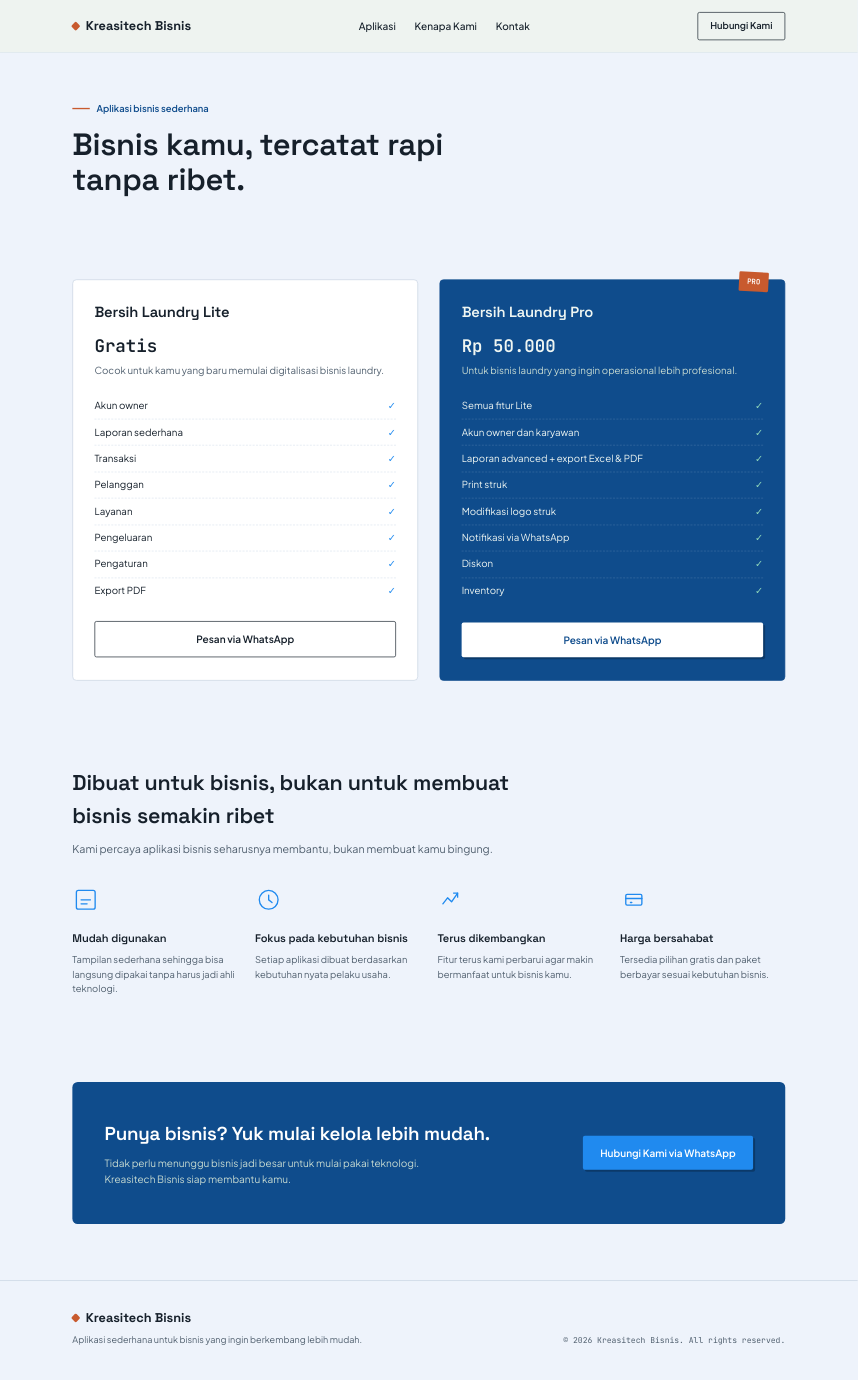
Repository: joao880hbhb/kreasitech
Page: produk/bersih-laundry.html
An editor plug-in stored every save of this project. The page is shown before and after the next save, followed by the edit.
The browser window is 1280 px wide. The pictures show the whole page, at 67% of full size.

Above is the page before, as saved 2026-09-14 21:34:25.

### produk/bersih-laundry.html
<!DOCTYPE html>
<html lang="id">
<head>
<meta charset="UTF-8">
<meta name="viewport" content="width=device-width, initial-scale=1.0">
<title>Kreasitech Bisnis — Membantu Bisnis Kamu</title>
<link rel="preconnect" href="https://fonts.googleapis.com">
<link rel="preconnect" href="https://fonts.gstatic.com" crossorigin>
<link href="https://fonts.googleapis.com/css2?family=Space+Grotesk:wght@500;600;700&family=Plus+Jakarta+Sans:wght@400;500;600;700&family=JetBrains+Mono:wght@400;500;600&display=swap" rel="stylesheet">
<style>
  :root{
    --paper:#EEF3FB;
    --paper-alt:#FFFFFF;
    --ink:#16202B;
    --ink-soft:#51606F;
    --pine:#208AEF;
    --pine-dark:#0F4C8C;
    --rust:#C85A2E;
    --line:#C6D3E1;
    --line-soft:#DCE5EF;
  }
  *{box-sizing:border-box; margin:0; padding:0;}
  html{scroll-behavior:smooth;}
  body{
    background:var(--paper);
    color:var(--ink);
    font-family:'Plus Jakarta Sans', sans-serif;
    line-height:1.55;
    -webkit-font-smoothing:antialiased;
  }
  img{max-width:100%; display:block;}
  a{color:inherit; text-decoration:none;}
  .wrap{max-width:1120px; margin:0 auto; padding:0 28px;}
  h1,h2,h3{font-family:'Space Grotesk', sans-serif; font-weight:600; letter-spacing:-0.01em;}
  .mono{font-family:'JetBrains Mono', monospace;}

  /* perforated divider — like a torn receipt edge */
  .tear{
    height:22px;
    width:100%;
    background:
      radial-gradient(circle at 11px 0, transparent 11px, var(--paper) 11.5px) repeat-x;
    background-size:22px 22px;
    background-position:0 -11px;
  }
  .tear.into-alt{ background-image:radial-gradient(circle at 11px 0, transparent 11px, var(--paper-alt) 11.5px);}
  .tear.into-paper{ background-image:radial-gradient(circle at 11px 0, transparent 11px, var(--paper) 11.5px);}
  .tear.into-dark{ background-image:radial-gradient(circle at 11px 0, transparent 11px, var(--pine-dark) 11.5px);}

  /* NAV */
  header{
    position:sticky; top:0; z-index:50;
    background:rgba(238,243,239,0.9);
    backdrop-filter:blur(8px);
    border-bottom:1px solid var(--line-soft);
  }
  nav{
    display:flex; align-items:center; justify-content:space-between;
    padding:18px 28px; max-width:1120px; margin:0 auto;
  }
  .brand{display:flex; align-items:center; gap:10px; font-family:'Space Grotesk'; font-weight:700; font-size:19px;}
  .brand .dot{width:10px; height:10px; border-radius:2px; background:var(--rust); transform:rotate(45deg);}
  .navlinks{display:flex; gap:28px; font-size:15px; font-weight:500;}
  .navlinks a:hover{color:var(--pine);}
  .btn-ghost{border:1.5px solid var(--ink); padding:9px 18px; border-radius:3px; font-weight:600; font-size:14px;}
  .btn-ghost:hover{background:var(--ink); color:var(--paper);}
  @media (max-width:720px){ .navlinks{display:none;} }

  /* HERO */
  .hero{padding:72px 0 40px;}
  .hero-grid{display:grid; grid-template-columns:1.1fr 0.9fr; gap:56px; align-items:center;}
  @media (max-width:860px){ .hero-grid{grid-template-columns:1fr;} }
  .eyebrow-line{display:flex; align-items:center; gap:10px; font-size:14px; color:var(--pine-dark); font-weight:600; margin-bottom:18px;}
  .eyebrow-line::before{content:""; width:26px; height:2px; background:var(--rust);}
  .hero h1{font-size:46px; line-height:1.12; margin-bottom:20px;}
  @media (max-width:520px){ .hero h1{font-size:34px;} }
  .hero p.lead{font-size:18px; color:var(--ink-soft); max-width:46ch; margin-bottom:30px;}
  .hero-cta{display:flex; gap:14px; flex-wrap:wrap;}
  .btn-primary{
    background:var(--pine); color:#fff; padding:14px 26px; border-radius:3px;
    font-weight:600; font-size:15px; display:inline-block;
    box-shadow:3px 3px 0 var(--pine-dark);
    transition:transform .15s ease, box-shadow .15s ease;
  }
  .btn-primary:hover{ transform:translate(-2px,-2px); box-shadow:5px 5px 0 var(--pine-dark); }
  .btn-secondary{
    background:transparent; color:var(--ink); padding:14px 26px; border-radius:3px;
    font-weight:600; font-size:15px; border:1.5px solid var(--ink); display:inline-block;
  }
  .btn-secondary:hover{background:var(--ink); color:var(--paper);}

  /* hero receipt mockup */
  .receipt-mock{
    position:relative;
    background:var(--paper-alt);
    border:1px solid var(--line);
    border-radius:4px;
    padding:26px 24px 22px;
    max-width:340px;
    margin-left:auto;
    box-shadow:0 20px 50px -20px rgba(22,36,29,0.35);
    transform:rotate(2deg);
  }
  .receipt-mock::before,.receipt-mock::after{
    content:""; position:absolute; left:0; right:0; height:12px;
    background:
      radial-gradient(circle at 10px 6px, var(--paper) 6px, transparent 6.5px) repeat-x;
    background-size:20px 12px;
  }
  .receipt-mock::before{top:-6px;}
  .receipt-mock::after{bottom:-6px; transform:rotate(180deg);}
  .receipt-mock .r-head{display:flex; justify-content:space-between; align-items:baseline; border-bottom:1.5px dashed var(--line); padding-bottom:12px; margin-bottom:14px;}
  .receipt-mock .r-head span:first-child{font-family:'Space Grotesk'; font-weight:700; font-size:15px;}
  .receipt-mock .r-head span:last-child{font-family:'JetBrains Mono'; font-size:11px; color:var(--ink-soft);}
  .r-row{display:flex; justify-content:space-between; font-size:13.5px; margin-bottom:9px; font-family:'JetBrains Mono';}
  .r-row .name{color:var(--ink-soft); font-family:'Plus Jakarta Sans';}
  .r-total{
    display:flex; justify-content:space-between; margin-top:14px; padding-top:12px;
    border-top:1.5px dashed var(--line); font-weight:700; font-size:15px;
  }
  .r-status{
    display:inline-block; margin-top:16px; padding:5px 12px; border:2px solid var(--rust);
    color:var(--rust); font-family:'JetBrains Mono'; font-size:11px; font-weight:600;
    transform:rotate(-4deg); border-radius:2px;
  }

  section{padding:64px 0;}

  /* value props row */
  .value-row{
    display:grid; grid-template-columns:repeat(3,1fr); gap:0;
    border-top:1px solid var(--line); border-bottom:1px solid var(--line);
  }
  .value-row .vcell{padding:26px 22px; border-right:1px solid var(--line);}
  .value-row .vcell:last-child{border-right:none;}
  .value-row .vcell .num{font-family:'JetBrains Mono'; font-size:12px; color:var(--pine); margin-bottom:8px;}
  .value-row .vcell h3{font-size:17px; margin-bottom:6px;}
  .value-row .vcell p{font-size:14.5px; color:var(--ink-soft);}
  @media (max-width:720px){ .value-row{grid-template-columns:1fr;} .value-row .vcell{border-right:none; border-bottom:1px solid var(--line);} }

  /* products intro */
  .section-head{max-width:60ch; margin-bottom:44px;}
  .section-head h2{font-size:32px; margin-bottom:12px;}
  .section-head p{color:var(--ink-soft); font-size:16px;}

  .product-photo-wrap{
    position:relative; border-radius:6px; overflow:hidden; margin-bottom:48px;
    border:1px solid var(--line);
  }
  .product-photo-wrap img{width:100%; height:280px; object-fit:cover; filter:saturate(0.92) contrast(1.02);}
  .product-photo-wrap .tag{
    position:absolute; bottom:16px; left:16px; background:var(--paper-alt);
    padding:8px 14px; font-family:'JetBrains Mono'; font-size:12px; border-radius:3px;
    border:1px solid var(--line);
  }

  /* pricing / feature cards, receipt style */
  /* mobile-first: 2 kolom berdampingan dari layar paling kecil, melebar ke layout desktop */
  .plans{display:grid; grid-template-columns:1fr 1fr; gap:10px;}
  .plan{
    background:var(--paper-alt); border:1px solid var(--line); border-radius:6px;
    padding:18px 14px; position:relative; display:flex; flex-direction:column;
    min-width:0; /* cegah konten memaksa kolom melebar & merusak grid di layar kecil */
  }
  .plan.pro{background:var(--pine-dark); color:#EFF6F2; border-color:var(--pine-dark);}
  .plan .badge{
    position:absolute; top:-10px; right:14px; background:var(--rust); color:#fff;
    font-family:'JetBrains Mono'; font-size:10px; font-weight:600; padding:4px 9px;
    border-radius:2px; transform:rotate(3deg);
  }
  .plan h3{font-size:15.5px; margin-bottom:2px; line-height:1.25;}
  .plan .price{font-family:'JetBrains Mono'; font-size:17px; font-weight:600; margin:8px 0 4px;}
  .plan .sub{font-size:11.5px; color:var(--ink-soft); margin-bottom:14px; line-height:1.4;}
  .plan.pro .sub{color:#C6DAD1;}
  .plan ul{list-style:none; margin-bottom:16px; flex-grow:1;}
  .plan li{
    display:flex; justify-content:space-between; align-items:baseline; gap:6px; font-size:11.5px;
    padding:6px 0; border-bottom:1px dashed var(--line-soft);
  }
  .plan.pro li{border-bottom:1px dashed rgba(255,255,255,0.18);}
  .plan li:last-child{border-bottom:none;}
  .plan li .name{line-height:1.3;}
  .plan li .check{color:var(--pine); font-family:'JetBrains Mono'; flex-shrink:0;}
  .plan.pro li .check{color:#8FD8BB;}
  .plan .btn-secondary, .plan .btn-primary{padding:10px 12px; font-size:12.5px;}

  /* di layar lebih lebar, beri napas lebih longgar */
  @media (min-width:560px){
    .plans{gap:24px;}
    .plan{padding:28px 26px;}
    .plan h3{font-size:20px;}
    .plan .price{font-size:24px; margin:12px 0 6px;}
    .plan .sub{font-size:14px; margin-bottom:22px;}
    .plan ul{margin-bottom:26px;}
    .plan li{font-size:13.5px; padding:8px 0;}
    .plan .badge{top:-12px; right:24px; font-size:11px; padding:6px 12px;}
    .plan .btn-secondary, .plan .btn-primary{padding:14px 26px; font-size:15px;}
  }
  @media (min-width:800px){
    .plans{gap:32px;}
    .plan{padding:34px 32px;}
    .plan h3{font-size:22px;}
    .plan .price{font-size:26px; margin:14px 0 6px;}
    .plan .sub{font-size:14.5px; margin-bottom:24px;}
    .plan li{font-size:14.5px;}
  }

  /* why us */
  .why-grid{display:grid; grid-template-columns:repeat(4,1fr); gap:26px;}
  @media (max-width:900px){ .why-grid{grid-template-columns:1fr 1fr;} }
  @media (max-width:520px){ .why-grid{grid-template-columns:1fr;} }
  .why-card{padding:0;}
  .why-card .icon{width:40px; height:40px; margin-bottom:18px;}
  .why-card h3{font-size:16.5px; margin-bottom:8px;}
  .why-card p{font-size:14px; color:var(--ink-soft);}

  /* final cta */
  .final-cta{
    background:var(--pine-dark); color:#EFF6F2; border-radius:8px;
    padding:56px 48px; display:flex; justify-content:space-between; align-items:center; gap:32px;
  }
  @media (max-width:760px){ .final-cta{flex-direction:column; text-align:center; padding:44px 26px;} }
  .final-cta h2{font-size:28px; margin-bottom:10px; color:#fff;}
  .final-cta p{color:#C6DAD1; font-size:15px; max-width:44ch;}
  .final-cta .btn-primary{box-shadow:3px 3px 0 rgba(0,0,0,0.25); flex-shrink:0;}

  footer{padding:40px 0 50px; border-top:1px solid var(--line); margin-top:20px;}
  .foot-grid{display:flex; justify-content:space-between; align-items:flex-end; flex-wrap:wrap; gap:20px;}
  .foot-grid .brand{margin-bottom:8px;}
  footer p{font-size:13.5px; color:var(--ink-soft);}
  footer .copyright{font-family:'JetBrains Mono'; font-size:12px; color:var(--ink-soft);}
</style>
</head>
<body>

<header>
  <nav>
    <div class="brand"><span class="dot"></span>Kreasitech Bisnis</div>
    <div class="navlinks">
      <a href="#produk">Aplikasi</a>
      <a href="#kenapa">Kenapa Kami</a>
      <a href="#kontak">Kontak</a>
    </div>
    <a href="#kontak" class="btn-ghost">Hubungi Kami</a>
  </nav>
</header>

<section class="hero">
  <div class="wrap hero-grid">
    <div>
      <div class="eyebrow-line">Aplikasi bisnis sederhana</div>
      <h1>Bisnis kamu, tercatat rapi tanpa ribet.</h1>
      <!-- <p class="lead">Kreasitech Bisnis membuat aplikasi sederhana yang membantu usaha kecil mencatat transaksi, mengelola pelanggan, dan melihat semuanya dalam satu tempat.</p>
      <div class="hero-cta">
        <a href="#produk" class="btn-primary">Lihat Aplikasi</a>
        <a href="#kontak" class="btn-secondary">Hubungi Kami</a>
      </div> -->
    </div>
    <!-- <div>
      <div class="receipt-mock">
        <div class="r-head">
          <span>Bersih Laundry</span>
          <span>#0231 — Hari ini</span>
        </div>
        <div class="r-row"><span class="name">Cuci + Setrika, 3kg</span><span>Rp 21.000</span></div>
        <div class="r-row"><span class="name">Cuci Kering, 2kg</span><span>Rp 12.000</span></div>
        <div class="r-row"><span class="name">Setrika Saja, 1kg</span><span>Rp 6.000</span></div>
        <div class="r-total"><span>Total</span><span class="mono">Rp 39.000</span></div>
        <div class="r-status">SIAP DIAMBIL</div>
      </div>
    </div> -->
  </div>
</section>

<!-- <div class="wrap"><div class="value-row">
  <div class="vcell"><div class="num">01</div><h3>Mudah digunakan</h3><p>Tidak perlu jadi ahli teknologi untuk mulai memakainya.</p></div>
  <div class="vcell"><div class="num">02</div><h3>Tidak ribet</h3><p>Fokus pada yang penting: catat, kelola, selesai.</p></div>
  <div class="vcell"><div class="num">03</div><h3>Untuk semua skala</h3><p>Cocok dari bisnis rumahan sampai yang sedang berkembang.</p></div>
</div></div> -->

<section id="produk">
  <div class="wrap">
    <!-- <div class="section-head">
      <h2>Aplikasi untuk bisnis laundry kamu</h2>
      <p>Kami mulai dari kebutuhan yang paling nyata: usaha laundry yang selama ini masih mencatat transaksi di buku atau kertas nota.</p>
    </div>

    <div class="product-photo-wrap">
      <img src="https://picsum.photos/seed/kreasitech-laundry/1200/560" alt="Tumpukan pakaian bersih terlipat rapi di usaha laundry">
      <div class="tag mono">Bersih Laundry</div>
    </div> -->

    <div class="plans">
      <div class="plan">
        <h3>Bersih Laundry Lite</h3>
        <div class="price">Gratis</div>
        <p class="sub">Cocok untuk kamu yang baru memulai digitalisasi bisnis laundry.</p>
        <ul>
          <li><span class="name">Akun owner</span><span class="check">✓</span></li>
          <li><span class="name">Laporan sederhana</span><span class="check">✓</span></li>
          <li><span class="name">Transaksi</span><span class="check">✓</span></li>
          <li><span class="name">Pelanggan</span><span class="check">✓</span></li>
          <li><span class="name">Layanan</span><span class="check">✓</span></li>
          <li><span class="name">Pengeluaran</span><span class="check">✓</span></li>
          <li><span class="name">Pengaturan</span><span class="check">✓</span></li>
          <li><span class="name">Export PDF</span><span class="check">✓</span></li>
        </ul>
        <a href="https://wa.me/6281234567890" class="btn-secondary" style="text-align:center;" target="_blank" rel="noopener">Pesan via WhatsApp</a>
      </div>

      <div class="plan pro">
        <div class="badge">PRO</div>
        <h3>Bersih Laundry Pro</h3>
        <div class="price">Rp 50.000</div>
        <p class="sub">Untuk bisnis laundry yang ingin operasional lebih profesional.</p>
        <ul>
          <li><span class="name">Semua fitur Lite</span><span class="check">✓</span></li>
          <li><span class="name">Akun owner dan karyawan</span><span class="check">✓</span></li>
          <li><span class="name">Laporan advanced + export Excel &amp; PDF</span><span class="check">✓</span></li>
          <li><span class="name">Print struk</span><span class="check">✓</span></li>
          <li><span class="name">Modifikasi logo struk</span><span class="check">✓</span></li>
          <li><span class="name">Notifikasi via WhatsApp</span><span class="check">✓</span></li>
          <li><span class="name">Diskon</span><span class="check">✓</span></li>
          <li><span class="name">Inventory</span><span class="check">✓</span></li>
        </ul>
        <a href="https://wa.me/6281234567890" class="btn-primary" style="text-align:center; background:#fff; color:var(--pine-dark); box-shadow:3px 3px 0 rgba(0,0,0,0.25);" target="_blank" rel="noopener">Pesan via WhatsApp</a>
      </div>
    </div>
  </div>
</section>

<section id="kenapa">
  <div class="wrap">
    <div class="section-head">
      <h2>Dibuat untuk bisnis, bukan untuk membuat bisnis semakin ribet</h2>
      <p>Kami percaya aplikasi bisnis seharusnya membantu, bukan membuat kamu bingung.</p>
    </div>
    <div class="why-grid">
      <div class="why-card">
        <svg class="icon" viewBox="0 0 40 40" fill="none"><rect x="6" y="6" width="28" height="28" rx="3" stroke="#208AEF" stroke-width="2"/><path d="M13 20h14M13 26h9" stroke="#208AEF" stroke-width="2" stroke-linecap="round"/></svg>
        <h3>Mudah digunakan</h3>
        <p>Tampilan sederhana sehingga bisa langsung dipakai tanpa harus jadi ahli teknologi.</p>
      </div>
      <div class="why-card">
        <svg class="icon" viewBox="0 0 40 40" fill="none"><circle cx="20" cy="20" r="14" stroke="#208AEF" stroke-width="2"/><path d="M20 13v7l5 4" stroke="#208AEF" stroke-width="2" stroke-linecap="round"/></svg>
        <h3>Fokus pada kebutuhan bisnis</h3>
        <p>Setiap aplikasi dibuat berdasarkan kebutuhan nyata pelaku usaha.</p>
      </div>
      <div class="why-card">
        <svg class="icon" viewBox="0 0 40 40" fill="none"><path d="M8 26l7-9 6 6 9-13" stroke="#208AEF" stroke-width="2" stroke-linecap="round" stroke-linejoin="round"/><path d="M24 10h6v6" stroke="#208AEF" stroke-width="2" stroke-linecap="round" stroke-linejoin="round"/></svg>
        <h3>Terus dikembangkan</h3>
        <p>Fitur terus kami perbarui agar makin bermanfaat untuk bisnis kamu.</p>
      </div>
      <div class="why-card">
        <svg class="icon" viewBox="0 0 40 40" fill="none"><rect x="8" y="12" width="24" height="16" rx="2" stroke="#208AEF" stroke-width="2"/><path d="M8 18h24M15 24h2" stroke="#208AEF" stroke-width="2" stroke-linecap="round"/></svg>
        <h3>Harga bersahabat</h3>
        <p>Tersedia pilihan gratis dan paket berbayar sesuai kebutuhan bisnis.</p>
      </div>
    </div>
  </div>
</section>

<section id="kontak">
  <div class="wrap">
    <div class="final-cta">
      <div>
        <h2>Punya bisnis? Yuk mulai kelola lebih mudah.</h2>
        <p>Tidak perlu menunggu bisnis jadi besar untuk mulai pakai teknologi. Kreasitech Bisnis siap membantu kamu.</p>
      </div>
      <a href="https://wa.me/6281234567890" class="btn-primary" target="_blank" rel="noopener">Hubungi Kami via WhatsApp</a>
    </div>
  </div>
</section>

<footer>
  <div class="wrap foot-grid">
    <div>
      <div class="brand"><span class="dot"></span>Kreasitech Bisnis</div>
      <p>Aplikasi sederhana untuk bisnis yang ingin berkembang lebih mudah.</p>
    </div>
    <div class="copyright">© 2026 Kreasitech Bisnis. All rights reserved.</div>
  </div>
</footer>

</body>
</html>

After the next save:
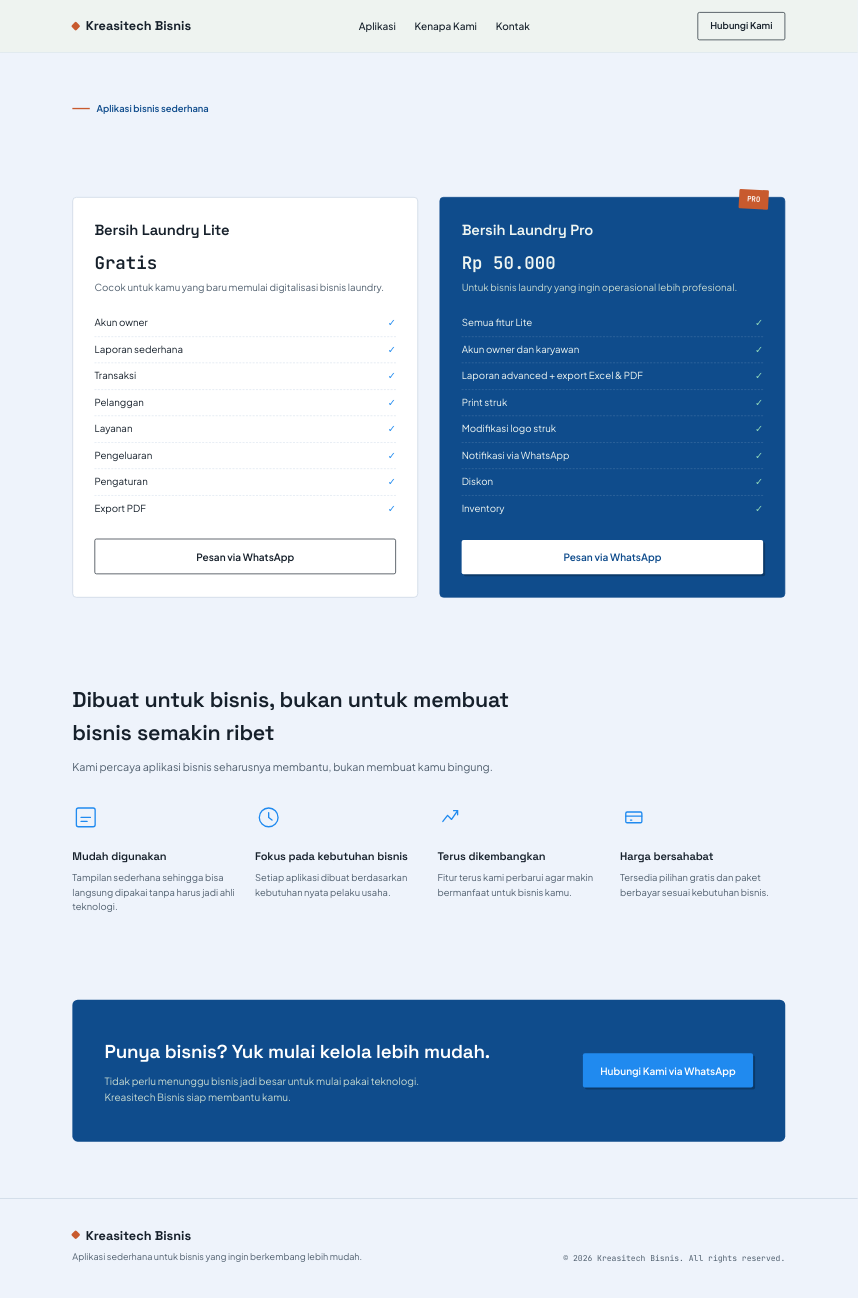
Saved 9 s later.
--- a/produk/bersih-laundry.html
+++ b/produk/bersih-laundry.html
@@ -249,7 +249,7 @@
   <div class="wrap hero-grid">
     <div>
       <div class="eyebrow-line">Aplikasi bisnis sederhana</div>
-      <h1>Bisnis kamu, tercatat rapi tanpa ribet.</h1>
+      <!-- <h1>Bisnis kamu, tercatat rapi tanpa ribet.</h1> -->
       <!-- <p class="lead">Kreasitech Bisnis membuat aplikasi sederhana yang membantu usaha kecil mencatat transaksi, mengelola pelanggan, dan melihat semuanya dalam satu tempat.</p>
       <div class="hero-cta">
         <a href="#produk" class="btn-primary">Lihat Aplikasi</a>
